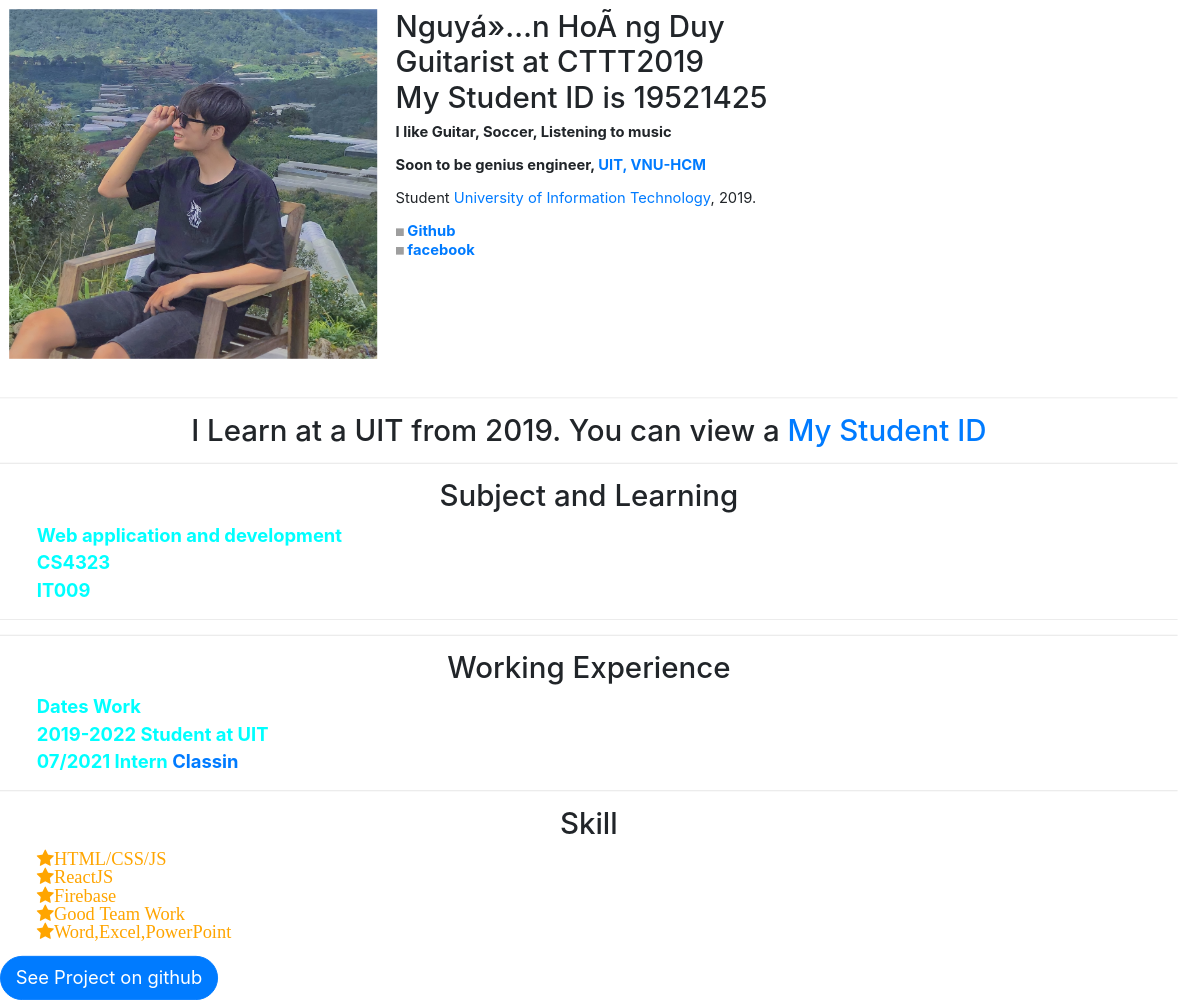
Repository: HoangDuy315/HW_TVK
Page: cv.html
The author's editor kept a copy of each file at every save. The page is drawn from the files as they stood at one save, then again after the next save.
The browser window is 1280 px wide. The pictures show the whole page, at 92% of full size.
Pictures or frames that could not be fetched are drawn as grey boxes.

Above is the page before, as saved 2022-09-25 17:21:55.

After the next save:
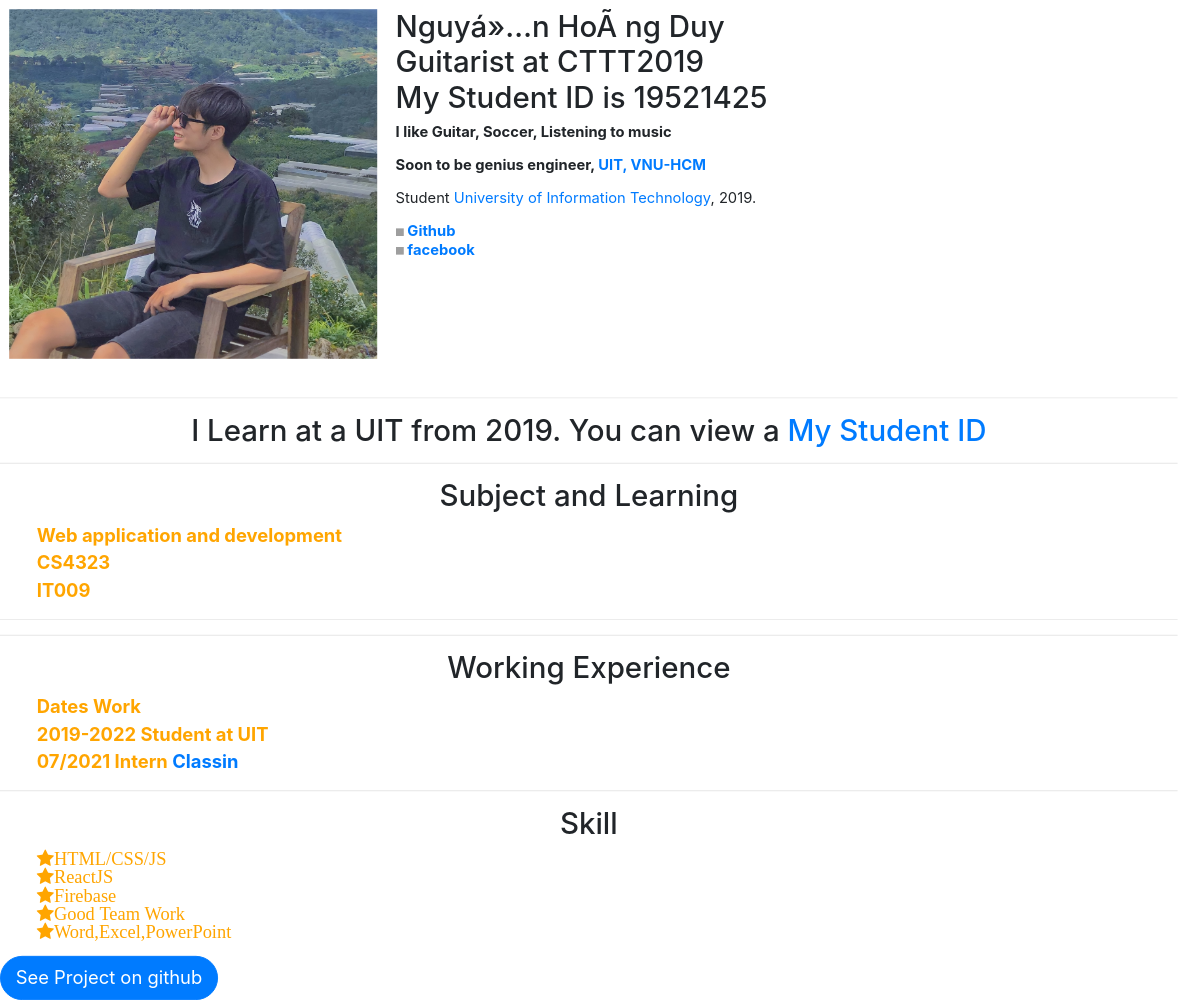
Saved 8 s later.
--- a/cv.css
+++ b/cv.css
@@ -30,5 +30,5 @@ body {
     list-style: none;
     font-family: "Roboto" sans-serif;
     font-weight: bold;
-    color: aqua;
+    color: orange;
 }
